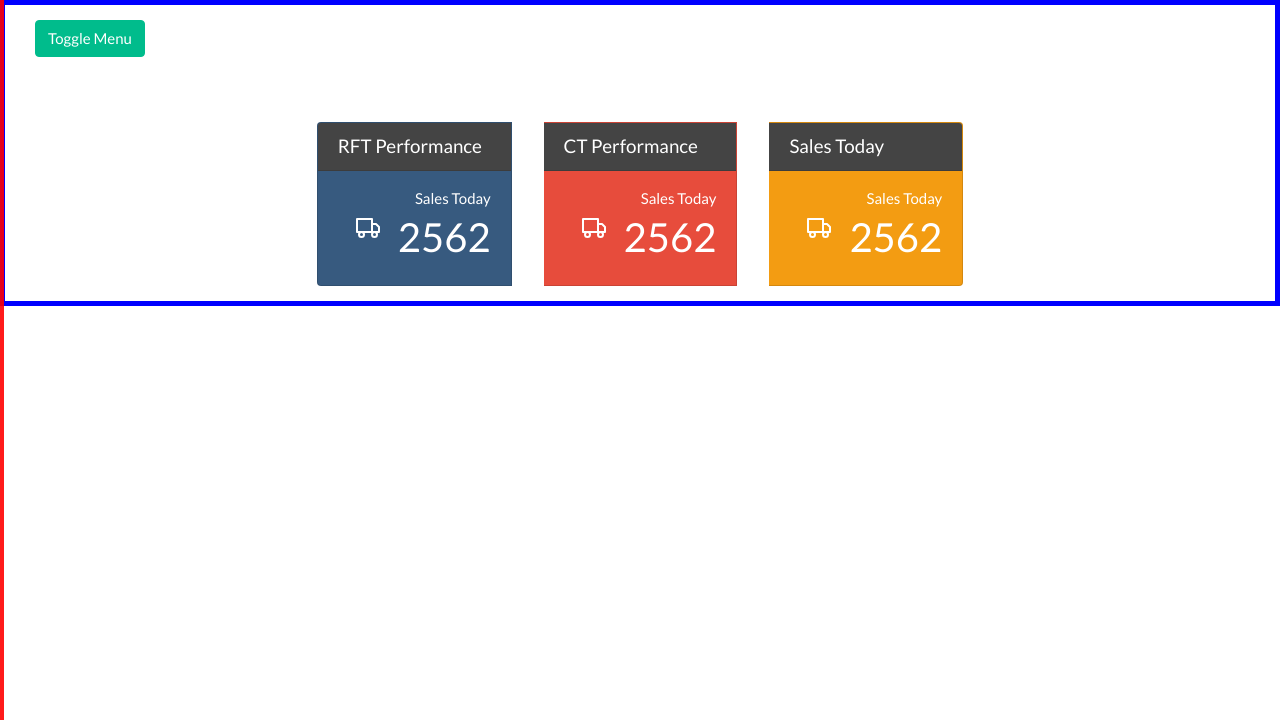
Repository: valenovi76/Delivery-Dashboard
Page: Index.html
The author's editor kept a record of every edit. The page is drawn from the files as they stood at one moment, then again after the next edit.
The browser window is 1280 px wide. The pictures show the whole page.
Some web libraries are served in a nearby version.

Above is the page before.
Console error: TypeError: Cannot read properties of null (reading 'textContent')

### Index.html
<!DOCTYPE html>
<html lang="en">
<head>
    <meta charset="UTF-8">
    <meta name="viewport" content="width=device-width, initial-scale=1.0">
    <meta http-equiv="X-UA-Compatible" content="ie=edge">

    <link rel="stylesheet" href="static/css/bootstrap.min.css" type="text/css" />
    <link rel="stylesheet" href="static/css/dc.min.css" type="text/css" />
    <link href="vendor/fontawesome-free/css/all.min.css" rel="stylesheet" type="text/css">
    <script type="text/javascript" src="static/js/d3.min.js"></script>
    <script type="text/javascript" src="static/js/crossfilter.min.js"></script>
    <script type="text/javascript" src="static/js/dc.min.js"></script>
    <script type="text/javascript" src="static/js/queue.min.js"></script>
    <script type="text/javascript" src="static/js/graphs.js"></script>
    <script src="https://ajax.googleapis.com/ajax/libs/jquery/1.11.3/jquery.min.js"></script>
    <script src="http://maxcdn.bootstrapcdn.com/bootstrap/3.3.4/js/bootstrap.min.js"></script>
    <link rel="stylesheet" href="static/css/style.css" type="text/css" />
    <title>Daily Delivery Dashboard</title>

</head>
<body>

    <div id="wrapper">

        <!-- Sidebar -->
        <div id="sidebar-wrapper">
            <ul class="sidebar-nav">
                <li><a href="#">Account</a></li>
                <li><a href="#">Settings</a></li>
                <li><a href="#">Logout</a></li>
            </ul>
        </div>

        <!-- Page content -->
        <div id="page-content-wrapper">
            <div class="container-fluid">
                <div class="row">
                    <div class="col-lg-12">
                            <a href="#" class="btn btn-success" id="menu-toggle">Toggle Menu</a>
                            <h1>Delivery KPIs Dashboard</h1>
                            <div class="row">
                              <div class="card-group mx-auto">
                                    <div class="card flex-fill bg-primary text-white mx-3">
                											<div class="card-header">
                												<h5 class="card-title text-white mb-0">RFT Performance</h5>
                											</div>
                    											<div class="card-body py-3">
                    												<div class="row no-gutters">
                    													<div class="col-4 align-self-center text-left">
                    														<div class="icon icon-primary">
                    															<svg xmlns="http://www.w3.org/2000/svg" width="24" height="24" viewBox="0 0 24 24" fill="none" stroke="currentColor" stroke-width="2" stroke-linecap="round" stroke-linejoin="round" class="feather feather-truck align-middle"><rect x="1" y="3" width="15" height="13"></rect><polygon points="16 8 20 8 23 11 23 16 16 16 16 8"></polygon><circle cx="5.5" cy="18.5" r="2.5"></circle><circle cx="18.5" cy="18.5" r="2.5"></circle></svg>
                    														</div>
                    													</div>
                    													<div class="col-8 align-self-center text-right">
                    														<p class="text-white mb-1">Sales Today</p>
                    														<h2 class="text-white">2562</h2>
                    													</div>
                    												</div>
                    											</div>
                    										</div>
                                    <div class="card flex-fill bg-danger text-white mx-3">
                											<div class="card-header">
                												<h5 class="card-title text-white mb-0">CT Performance</h5>
                											</div>
                    											<div class="card-body py-3">
                    												<div class="row no-gutters">
                    													<div class="col-4 align-self-center text-left">
                    														<div class="icon icon-primary">
                    															<svg xmlns="http://www.w3.org/2000/svg" width="24" height="24" viewBox="0 0 24 24" fill="none" stroke="currentColor" stroke-width="2" stroke-linecap="round" stroke-linejoin="round" class="feather feather-truck align-middle"><rect x="1" y="3" width="15" height="13"></rect><polygon points="16 8 20 8 23 11 23 16 16 16 16 8"></polygon><circle cx="5.5" cy="18.5" r="2.5"></circle><circle cx="18.5" cy="18.5" r="2.5"></circle></svg>
                    														</div>
                    													</div>
                    													<div class="col-8 align-self-center text-right">
                    														<p class="text-white mb-1">Sales Today</p>
                    														<h2 class="text-white">2562</h2>
                    													</div>
                    												</div>
                    											</div>
                    										</div>
                                    <div class="card flex-fill bg-warning text-white mx-3">
                											<div class="card-header">
                												<h5 class="card-title text-white mb-0">Sales Today</h5>
                											</div>
                    											<div class="card-body py-3">
                    												<div class="row no-gutters">
                    													<div class="col-4 align-self-center text-left">
                    														<div class="icon icon-primary">
                    															<svg xmlns="http://www.w3.org/2000/svg" width="24" height="24" viewBox="0 0 24 24" fill="none" stroke="currentColor" stroke-width="2" stroke-linecap="round" stroke-linejoin="round" class="feather feather-truck align-middle"><rect x="1" y="3" width="15" height="13"></rect><polygon points="16 8 20 8 23 11 23 16 16 16 16 8"></polygon><circle cx="5.5" cy="18.5" r="2.5"></circle><circle cx="18.5" cy="18.5" r="2.5"></circle></svg>
                    														</div>
                    													</div>
                    													<div class="col-8 align-self-center text-right">
                    														<p class="text-white mb-1">Sales Today</p>
                    														<h2 class="text-white">2562</h2>
                    													</div>
                    												</div>
                    											</div>
                    										</div
                              </div>
                            </div>
                    </div>
                </div>
            </div>
        </div>

    </div>

    <!-- Menu toggle script -->
    <script>
        $("#menu-toggle").click( function (e){
            e.preventDefault();
            $("#wrapper").toggleClass("menuDisplayed");
        });
    </script>

</body>
</html>

### static/js/graphs.js
//load data
queue()
.defer(d3.csv, "/data/orders.csv")
.await(makeGraphs);


// Make graphs function
function makeGraphs(error, orderData) {

    var ndx = crossfilter(orderData);


orderData.forEach(function(d){
d.CT_Ex_Delayed_Days=parseInt(d.CT_Ex_Delayed_Days)})




    show_wip_group_selector(ndx);
    show_product_selector(ndx);
    show_project_selector(ndx);
    show_created(ndx);
    show_completed(ndx);
    show_order_order_type(ndx);
    show_ct_avg(ndx);
    show_SLT_perf(ndx);
    show_ontime_late(ndx);
    show_percent_RFT_OnTime(ndx);
    show_percent_CT_Pass(ndx);
    show_monthly_delivery(ndx);



    dc.renderAll();
}


//Selector js
function show_wip_group_selector(ndx){
    var dim = ndx.dimension(dc.pluck('Channel'));
    var group = dim.group();
    var select = dc.selectMenu("#wip_group_selector")
        .dimension(dim)
        .group(group);

}
function show_product_selector(ndx){
    var dim = ndx.dimension(dc.pluck('Product'));
    var group = dim.group();
    var select = dc.selectMenu("#product_selector")
        .dimension(dim)
        .group(group);

}
function show_project_selector(ndx){
    var dim=ndx.dimension(dc.pluck('Project'));
    var group= dim.group();
    var select = dc.selectMenu("#project_selector")
        .dimension(dim)
        .group(group);

}

// KPIS values -RFT %

function show_percent_RFT_OnTime(ndx) {
    var percentageThatAreOnTime = ndx.groupAll().reduce(
        function(p, v) {
            p.total++;
                if(v.On_Time === "On-Time") {
                    p.match++;
                }
                return p;
            },
            function (p, v) {
                p.total--;
                if(v.On_Time === "On-Time") {
                    p.match--;
                }
                return p;
            },
            function () {
                return {total: 0, match: 0};
            }
    );

    dc.numberDisplay("#RFTPerc")
        .formatNumber(d3.format(".1%"))
        .valueAccessor(function (d) {
            if (d.count == 0) {
                return 0;
            } else {
                return ( d.match/d.total );
            }
        })
        .group(percentageThatAreOnTime)
}

// KPIS values - CT %

function show_percent_CT_Pass(ndx) {
    var percentageThatArePassed = ndx.groupAll().reduce(
        function(p, v) {
            p.total++;
                if(v.SLT_Status === "Pass") {
                    p.match++;
                }
                return p;
            },
            function (p, v) {
                p.total--;
                if(v.SLT_Status === "Pass") {
                    p.match--;
                }
                return p;
            },
            function () {
                return {total: 0, match: 0};
            }
    );

    dc.numberDisplay("#CTPerc")
        .formatNumber(d3.format(".1%"))
        .valueAccessor(function (d) {
            if (d.count == 0) {
                return 0;
            } else {
                return ( d.match/d.total );
            }
        })
        .group(percentageThatArePassed)
}

//KPIS values - Monthly deliveries
function show_monthly_delivery(ndx){
    var avgMonthlyDeliveries = ndx.groupAll().reduce(
        function(p, v) {
            p.total++;
                if(v.Order_Status === "Completed") {
                    p.match++;
                }
                return p;
            },
            function (p, v) {
                p.total--;
                if(v.Order_Status === "Completed") {
                    p.match--;
                }
                return p;
            },
            function () {
                return {total: 0, match: 0};
            }
    );

    dc.numberDisplay("#avg_monthly_delivery")
        .formatNumber(d3.format(".1f"))
        .valueAccessor(function (d) {
            if (d.total == 0) {
                return 0;
            } else {
                return ( d.match/6 );
            }
        })
        .group(avgMonthlyDeliveries)
}


//created line js
function show_created(ndx) {
var dim = ndx.dimension(dc.pluck('Created_Month'));
var group =dim.group();

dc.lineChart("#created")
.width(400)
.height(300)
.margins({top: 30, right: 40, bottom: 50, left: 50})
.dimension(dim)
.group(group)
.transitionDuration(500)
.x(d3.scale.ordinal())
.xUnits(dc.units.ordinal)
.elasticY(true)
.xAxisLabel("FY 2019-2020 Month")
.yAxis().ticks(20);
 }

//completed line js
function show_completed(ndx) {
var dim = ndx.dimension(dc.pluck('Completed_Month'));
var group = dim.group();

dc.lineChart("#completed")

.width(400)
.height(300)
.margins({top: 30, right: 40, bottom: 50, left: 50})
.dimension(dim)
.group(group)
.transitionDuration(500)
.x(d3.scale.ordinal())
.xUnits(dc.units.ordinal)
.elasticY(true)
.xAxisLabel("FY 2019-2020 Month")
.yAxis().ticks(20);
 }

//WIP pie js
function show_order_order_type(ndx) {
    var dim = ndx.dimension(dc.pluck('Order_Type'));
    var group = dim.group();


    dc.pieChart("#order_type")

        .width(400)
        .height(300)
        .slicesCap(4)
        .innerRadius(100)
        .dimension(dim)
        .group(group)
        .legend(dc.legend())

}
//CT Avg line js
function show_ct_avg(ndx){
var dim = ndx.dimension(dc.pluck("Completed_Month"));

function add_item(p,v){
p.count ++;
p.total += v.CT_Ex_Delayed_Days;
p.average = p.total/p.count;
return p;
}
function remove_item(p,v){
p.count--;
if(p.count==0){
p.total=0;
p.average=0;}else{
p.total -= v.CT_Ex_Delayed_Days;
p.average = p.total/p.count;
}
return p;
}
function initialise(){
    return{count:0, total:0, average:0};
}


var group= dim.group().reduce(add_item,remove_item,initialise);


dc.lineChart("#ct_avg")
.width(400)
.height(300)
.margins({top: 10, right: 50, bottom: 30, left: 50})
.dimension(dim)
.group(group)
.valueAccessor(function(d){
return d.value.average})
.transitionDuration(500)
.x(d3.scale.ordinal())
.xUnits(dc.units.ordinal)
.elasticY(true)
.xAxisLabel("FY 2019-2020 Month")
.yAxis().ticks(20);

}
//CT perf js
function show_SLT_perf(ndx){

    function SLTPerfByMonth(dimension, SLT_Status) {
        return dimension.group().reduce(
            function (p, v) {
                p.total++;
                if(v.SLT_Status == SLT_Status) {
                    p.match++;
                }
                return p;
            },
            function (p, v) {
                p.total--;
                if(v.SLT_Status == SLT_Status) {
                    p.match--;
                }
                return p;
            },
            function () {
                return {total: 0, match: 0};
            }
        );
    }

    var dim = ndx.dimension(dc.pluck("Completed_Month"));
    var PassByMonth = SLTPerfByMonth(dim, "Pass");
    var FailByMonth = SLTPerfByMonth(dim, "Fail");

    dc.barChart("#ct_perf")
        .width(400)
        .height(300)
        .dimension(dim)
        .group(PassByMonth, "Pass")
        .stack(FailByMonth, "Fail")
        .valueAccessor(function(d) {
            if(d.value.total > 0) {
                return (d.value.match / d.value.total) * 100;
            } else {
                return 0;
            }
        })
        .x(d3.scale.ordinal())
        .xUnits(dc.units.ordinal)
        .legend(dc.legend().x(320).y(20).itemHeight(15).gap(5))
        .margins({top: 10, right: 100, bottom: 30, left: 30});
}

  //On time vs Late stacked-bars graph

   function show_ontime_late(ndx) {

    function RFTPerfByMonth(dimension, On_Time) {
        return dimension.group().reduce(
            function (p, v) {
                p.total++;
                if(v.On_Time == On_Time) {
                    p.match++;
                }
                return p;
            },
            function (p, v) {
                p.total--;
                if(v.On_Time == On_Time) {
                    p.match--;
                }
                return p;
            },
            function () {
                return {total: 0, match: 0};
            }
        );
    }

    var dim = ndx.dimension(dc.pluck("Completed_Month"));
    var OnTimeByMonth = RFTPerfByMonth(dim, "On-Time");
    var LateByMonth = RFTPerfByMonth(dim, "Late");

    dc.barChart("#ontime_perf")
        .width(400)
        .height(300)
        .dimension(dim)
        .group(OnTimeByMonth, "On-Time")
        .stack(LateByMonth, "Late")
        .valueAccessor(function(d) {
            if(d.value.total > 0) {
                return (d.value.match / d.value.total) * 100;
            } else {
                return 0;
            }
        })
        .x(d3.scale.ordinal())
        .xUnits(dc.units.ordinal)
        .legend(dc.legend().x(320).y(20).itemHeight(15).gap(5))
        .margins({top: 10, right: 100, bottom: 30, left: 30});
   }

### static/css/style.css
/*Body*/
.page-content-wrapper{
    background-color: white;
}

/*Header*/


/* Sidebar */
#sidebar-wrapper {
    z-index: 1;
    position: absolute;
    width: 0;
    height: 100%;
    overflow-y: hidden;
    background: #2C3E50;
    border: 2px solid red;
    opacity: 0.9;
}

/* Always take up entire screen */
#page-content-wrapper {
    width: 100%;
    position: absolute;
    padding: 15px;
    border: 5px solid blue;
}


/* Change with of sidebar from 0 to 250px */
#wrapper.menuDisplayed #sidebar-wrapper {
    width: 250px;
}

/* Since we added left padding, we need to shrink the width by 250px */
#wrapper.menuDisplayed #page-content-wrapper {
    padding-left: 250px;
}


/* Sidebar styling - the entire ul list */
.sidebar-nav {
    padding: 0;
    list-style: none;
}

.sidebar-nav li {
    text-indent: 20px;
    line-height: 40px;
}

.sidebar-nav li a {
    display: block;
    text-decoration: none;
    color: #ddd;
}

.sidebar-nav li a:hover {
    background: #16A085;
}

/*Header*/

/*Cards style*/
.card{
    display:block;
}

.icon {
    width: 60px !important;
    height: 60px !important;
    line-height: 52px;
    text-align: center;
    font-size: 2rem;
    margin: .5rem 0;
}

Loaded but not shown: static/css/bootstrap.min.css (library); static/css/dc.min.css (library); static/js/d3.min.js (library); static/js/crossfilter.min.js (library); static/js/dc.min.js (library); static/js/queue.min.js (common file)

After the next edit:
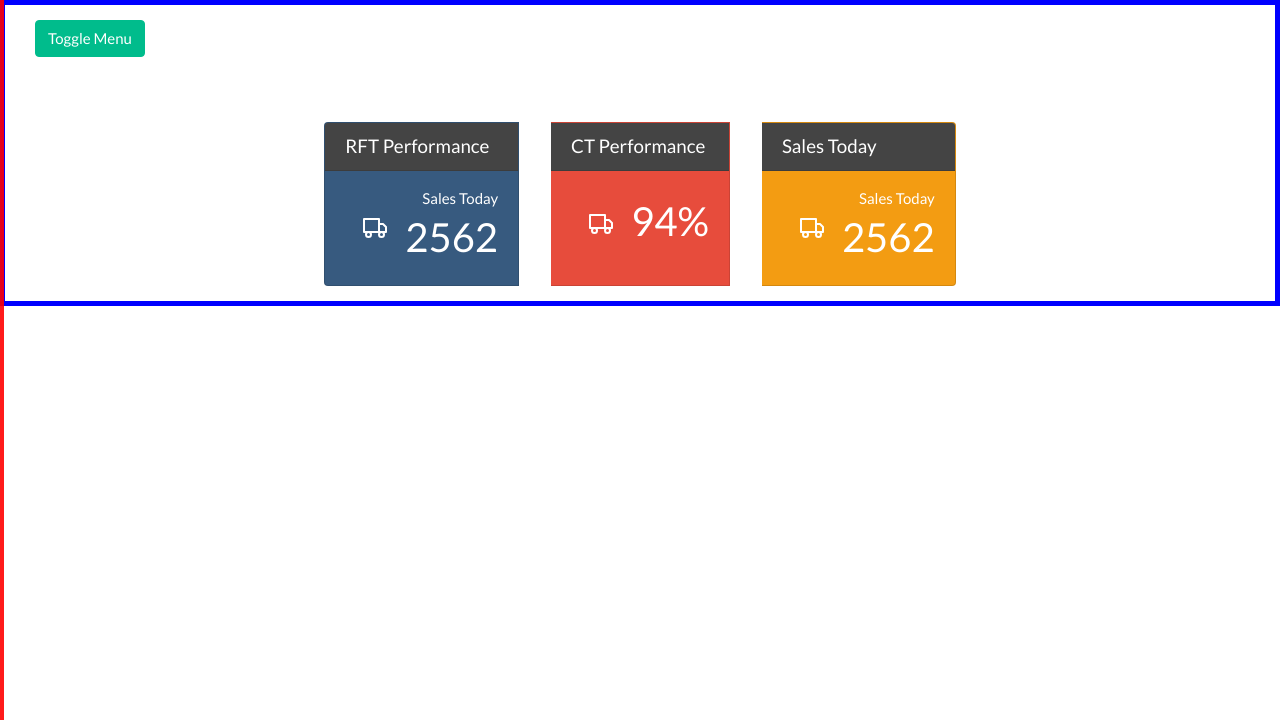
The edit:
--- a/Index.html
+++ b/Index.html
@@ -71,8 +71,7 @@
                     														</div>
                     													</div>
                     													<div class="col-8 align-self-center text-right">
-                    														<p class="text-white mb-1">Sales Today</p>
-                    														<h2 class="text-white">2562</h2>
+                    														<h2 class="text-white">94%</h2>
                     													</div>
                     												</div>
                     											</div>
